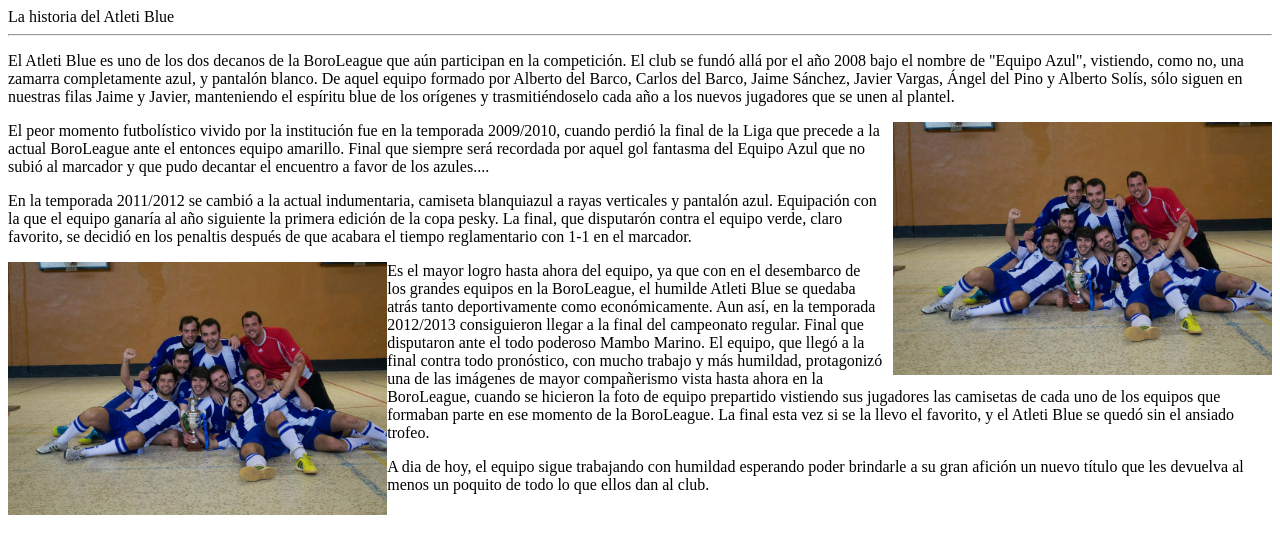
Repository: DiegoGodoy/atletiblue
Page: app/views/historia.html
The author's editor kept a record of every edit. The page is drawn from the files as they stood at one moment, then again after the next edit.
The browser window is 1280 px wide. The pictures show the whole page.

Above is the page before.

After the next edit:
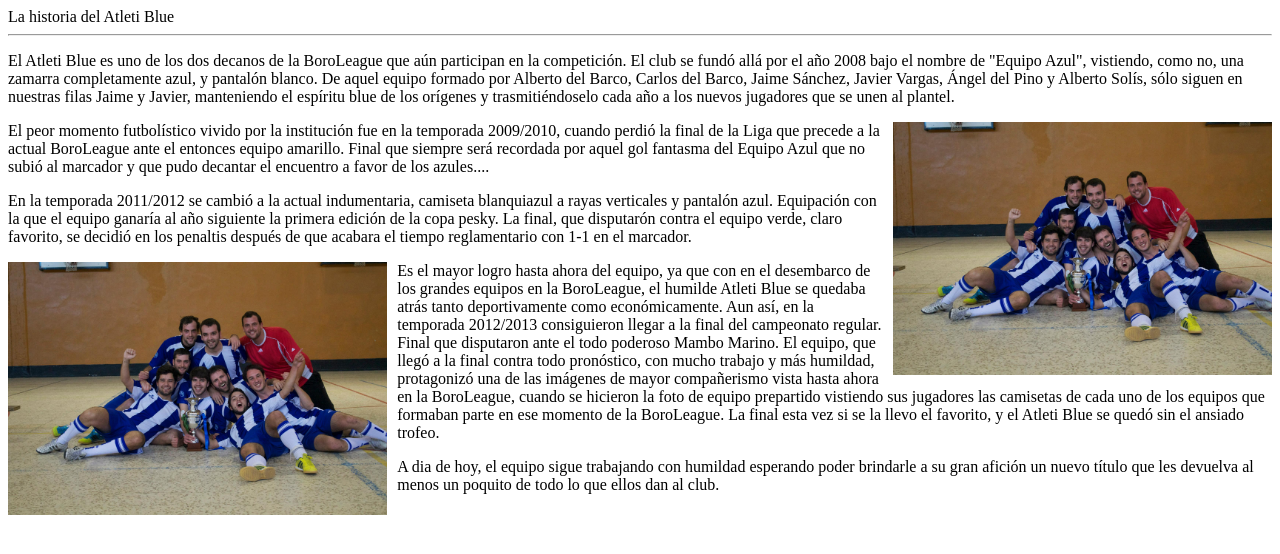
The edit:
--- a/app/views/historia.html
+++ b/app/views/historia.html
@@ -19,7 +19,7 @@
                             <p>En la temporada 2011/2012 se cambió a la actual indumentaria, camiseta blanquiazul a rayas verticales y pantalón azul. Equipación con la que el equipo ganaría
                             al año siguiente la primera edición de la copa pesky. La final, que disputarón contra el equipo verde, claro favorito, se decidió en los penaltis después de que
                             acabara el tiempo reglamentario con 1-1 en el marcador.</p>
-                            <div ><img src="images/historia/pesky.jpg" style="float: left; border: 0; width: 30%; height: auto;" alt="Foto final 2012/2013"></div>
+                            <div ><img src="images/historia/pesky.jpg" style="float: left; border: 0; width: 30%; height: auto; padding-right: 10px" alt="Foto final 2012/2013"></div>
                             <p>Es el mayor logro hasta ahora del equipo, ya que con en el desembarco de los grandes equipos en la BoroLeague, el humilde Atleti Blue se quedaba atrás tanto
                             deportivamente como económicamente. Aun así, en la temporada 2012/2013 consiguieron llegar a la final del campeonato regular. Final que disputaron ante el todo
                             poderoso Mambo Marino. El equipo, que llegó a la final contra todo pronóstico, con mucho trabajo y más humildad, protagonizó una de las imágenes de mayor compañerismo
